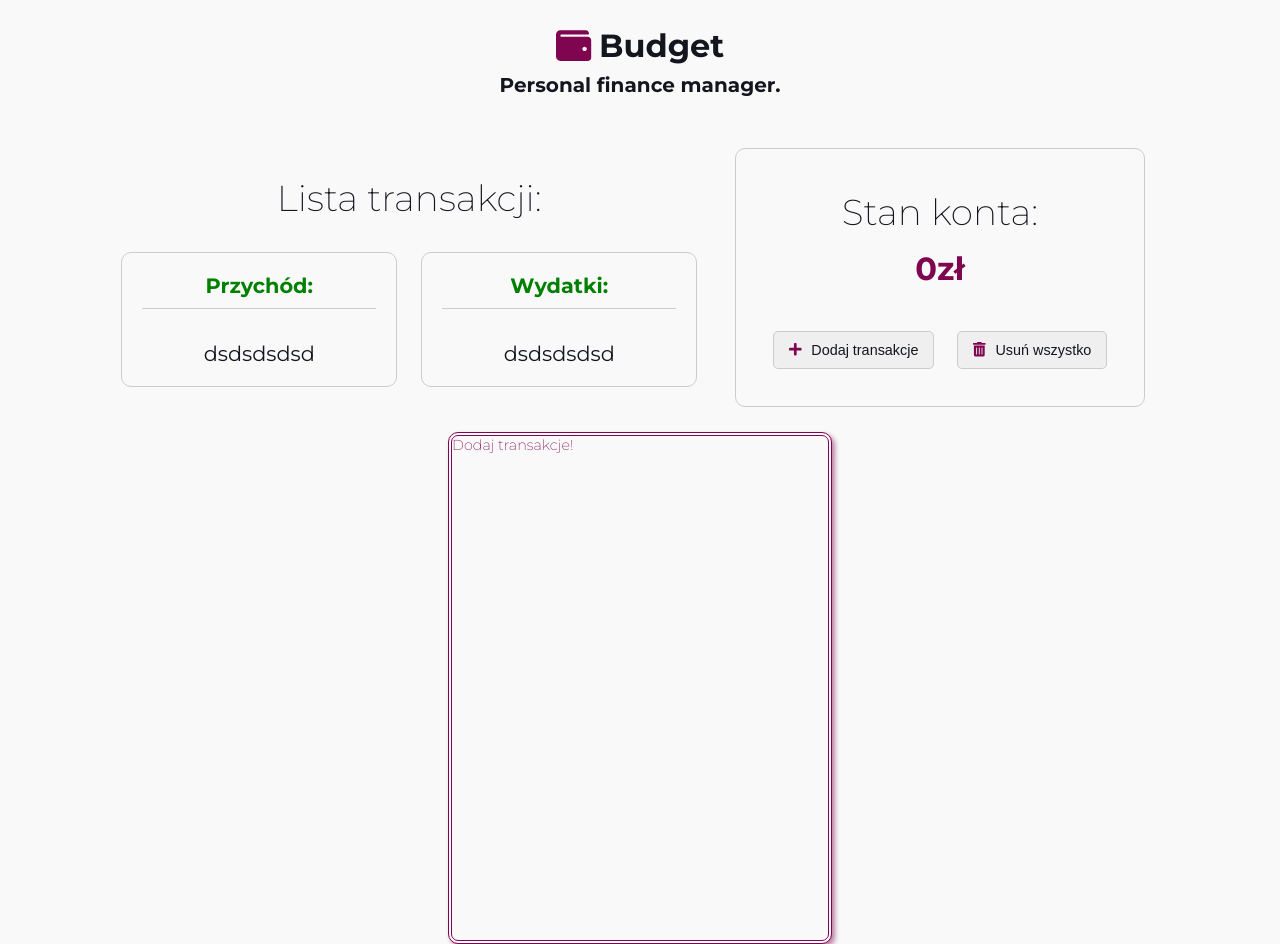
Repository: KrzysKolo/sr_tydzien4_zad4
Page: /
The author's editor kept a copy of each file at every save. The page is drawn from the files as they stood at one save, then again after the next save.
The browser window is 1280 px wide. The pictures show the whole page.
Some web libraries are served in a nearby version. The project was rebuilt for these pictures with package versions that can differ from the ones it lists, and the page was loaded fresh each time.

Above is the page before, as saved 2020-11-30 10:27:51.

### public/index.html
<!DOCTYPE html>
<html lang="en">
  <head>
    <meta charset="utf-8" />
    <link rel="icon" href="%PUBLIC_URL%/favicon.ico" />
    <meta name="viewport" content="width=device-width, initial-scale=1" />
    <meta name="theme-color" content="#000000" />
    <meta
      name="description"
      content="Web site created using create-react-app"
    />
    <link rel="apple-touch-icon" href="%PUBLIC_URL%/logo192.png" />
    <!--
      manifest.json provides metadata used when your web app is installed on a
      user's mobile device or desktop. See https://developers.google.com/web/fundamentals/web-app-manifest/
    -->
    <link rel="manifest" href="%PUBLIC_URL%/manifest.json" />
    <!--
      Notice the use of %PUBLIC_URL% in the tags above.
      It will be replaced with the URL of the `public` folder during the build.
      Only files inside the `public` folder can be referenced from the HTML.

      Unlike "/favicon.ico" or "favicon.ico", "%PUBLIC_URL%/favicon.ico" will
      work correctly both with client-side routing and a non-root public URL.
      Learn how to configure a non-root public URL by running `npm run build`.
    -->
    <link
      href="https://fonts.googleapis.com/css?family=Montserrat:200,400,700&display=swap&subset=latin-ext"
      rel="stylesheet"
    />
    <script
      src="https://kit.fontawesome.com/327a0d490c.js"
      crossorigin="anonymous"
    ></script>
    <title>Budget</title>
  </head>
  <body>
    <noscript>You need to enable JavaScript to run this app.</noscript>
    <div id="root"></div>
    <!--
      This HTML file is a template.
      If you open it directly in the browser, you will see an empty page.

      You can add webfonts, meta tags, or analytics to this file.
      The build step will place the bundled scripts into the <body> tag.

      To begin the development, run `npm start` or `yarn start`.
      To create a production bundle, use `npm run build` or `yarn build`.
    -->
  </body>
</html>

### src/App.js
import React from 'react';
import Budget from './components/Budget'

const App = () => {
  return (
    <>
      <Budget/>
    </>
  )
}

export default App;

### src/components/Budget.js
import React from 'react';
import Header from './budgetComponents/Header';
import Section from './budgetComponents/Section';
import SectionInfo from './budgetComponents/SectionInfo';
import H2 from './budgetComponents/sectionComponents/H2';
import Form from './budgetComponents/Form';
import styled, { createGlobalStyle } from 'styled-components';

const GlobalStyle = createGlobalStyle`
    * {
        padding: 0;
        margin: 0;
        box-sizing: border-box;
    }
    body {
        background-color: #f9f9f9;
        color: #14161f;
        font-family: "Montserrat", sans-serif;
        font-size: 16px;
        min-height: 100vh;
    }
    `;
const Container = styled.main`
    font-size: 1.5rem;
`;
const SectionContainer = styled.section`
    display: flex;
    flex-direction: row;
    justify-content: center;
    align-items: center;
`;
const SectionBudget = styled.section`
    display: flex;
    flex-direction: column;
    justify-content: center;
    align-items: center;
`;
const DivItems = styled.div`
    display: flex;
    flex-direction: row;
    justify-content: center;
    align-items: center;

`;
const Budget = () => {
    return (
        <>
            <GlobalStyle />
            <Container>
                <Header />
                <SectionContainer>
                    <SectionBudget>
                        <H2 title={"Lista transakcji"} />
                        <DivItems>
                            <Section title={"Przychód"} label={"p"}/>
                            <Section title={"Wydatki"}/>
                        </DivItems>
                    </SectionBudget>
                    <SectionInfo title={"Stan konta"}/>
                </SectionContainer>
            </Container>
            <Form />
        </>
    )
}

export default Budget;

### src/components/budgetComponents/Header.js
import React from 'react';
import styled from 'styled-components';
import { FontAwesomeIcon } from '@fortawesome/react-fontawesome';
import { faWallet } from '@fortawesome/free-solid-svg-icons';

const SectionHeader = styled.header`
    align-items: center;
    color: rgb(127, 5, 80);
    display: flex;
    font-size: 2.2rem;
    flex-direction: column;
    justify-content: center;
    padding: 2%;
`;
const DivHeader = styled.div`
    align-items: center;
    display: flex;
    flex-direction: row;
    justify-content: center;
    margin-bottom: 0.5rem;
`;
const H1Header = styled.h1`
    color: #14161f;
    font-size: 2rem;
    margin-left: .5rem;
`;
const H2Header = styled.h2`
    color: #14161f;
    font-size: 1.25rem;
`;
const Header = () => {
    return (
        <SectionHeader>
            <DivHeader>
                <FontAwesomeIcon icon={faWallet}/>
                <H1Header>Budget</H1Header>
            </DivHeader>
            <H2Header>Personal finance manager.</H2Header>
        </SectionHeader>
    )
}

export default Header;

### src/components/budgetComponents/Section.js
import React from 'react';
import H1 from './sectionComponents/H1';
import styled from 'styled-components';

const SectionWrapper = styled.section`
    border: 1px solid #ccc;
    border-radius: 10px;
    display: flex;
    flex-direction: column;
    font-size: 1.3rem;
    justify-content: center;
    align-items: center;
    margin: 2%;
    padding: 20px;
    width: 300px;
`;
const Section = ({ title, label }) => {
    return (
        <SectionWrapper>
           <H1 title={title} label={label}> </H1>
           <p>dsdsdsdsd</p>
        </SectionWrapper>
    )
}

export default Section;

### src/components/budgetComponents/SectionInfo.js
import React from 'react';
import H2 from './sectionComponents/H2';
import P from './sectionComponents/P';
import Button from './../budgetComponents/buttons/Button';
import styled from 'styled-components';
import { FontAwesomeIcon } from '@fortawesome/react-fontawesome';
import { faEllipsisV, faHeart, faPlus,  faTrashAlt, faShareAlt, faAngleDown } from '@fortawesome/free-solid-svg-icons';
const SectionWrapper = styled.section`
    border: 1px solid #ccc;
    border-radius: 10px;
    display: flex;
    flex-direction: column;
    margin: 2vw;
    padding: 2%;
`;
const ButtonWrapper = styled.div`
    display: flex;
    flex-direction: row;
`;
const Section = ({ title }) => {
    return (
        <SectionWrapper>
           <H2 title={title}> </H2>
           <P />
           <ButtonWrapper>
                <Button title={"Dodaj transakcje"} icons={faPlus} type="submit"/>
                <Button title={"Usuń wszystko"} icons={faTrashAlt} type="submit"/>

           </ButtonWrapper>
        </SectionWrapper>
    )
}

export default Section;

### src/components/budgetComponents/sectionComponents/H2.js
import React from 'react'
import styled from 'styled-components';

const TitleH2 = styled.h2`
    font-weight: 200;
    margin: 2% auto;
    padding: 0.5rem;
`;

const H2 = ({title}) => {
    return (
        <TitleH2>
            {title}:
        </TitleH2>
    )
}

export default H2;

### src/components/budgetComponents/Form.js
import React from 'react';
import Header from './formComponents/Header';
import styled, { createGlobalStyle }from 'styled-components';

const FormWrapper = styled.form`
    background-color: #f9f9f9;
    border: 4px double rgb(127, 5, 80);
    border-radius: 10px;
    box-shadow: 3px 3px 5px rgba(127, 5, 80, 0.5);
    color: rgb(127, 5, 80);
    height: 40vw;
    margin: 0 auto;
    width: 30vw;
`;

const Form = () => {
    return (
        <FormWrapper>
            <Header title={"Dodaj transakcje!"} />
        </FormWrapper>
    )
}

export default Form;

### src/components/budgetComponents/sectionComponents/H1.js
import React from 'react'
import styled from 'styled-components';

const TitleH1 = styled.h1`
    border-bottom: 1px solid #ccc;
    color: ${label => label ? 'green' : 'red'};
    margin-bottom: 2rem;
    padding-bottom: 10px;
    display: block;
    width: 100%;
    text-align: center;
`;

const H1 = ({title, label}) => {
    return (
        <TitleH1>
            {title}:
        </TitleH1>
    )
}

export default H1;

### src/components/budgetComponents/sectionComponents/P.js
import React from 'react';
import styled from 'styled-components';

const InfoP = styled.p`
    color: rgb(127, 5, 80);
    font-size: 2rem;
    font-weight: bold;
    width: 100%auto;
    text-align: center;
    padding-bottom: 2rem;
`;

const P = () => {
    return (
        <InfoP>
            0zł
        </InfoP>
    )
}

export default P;

### src/components/budgetComponents/buttons/Button.js
import React from 'react';
import styled from 'styled-components';
import { FontAwesomeIcon } from '@fortawesome/react-fontawesome';

const ButtonDiv = styled.button`
    border: 1px solid #ccc;
    border-radius: 5px;
    margin: 0.7rem;
    padding: 10px 15px;
    display: flex;
    flex-direction: row;
    color: rgb(127, 5, 80);
    font-size: 0.9rem;
    cursor: pointer;
    transition: 0.3s ease-in-out;
    &:hover {
        border: 1px solid rgba(127, 5, 80, 0.4);
        background-color:  #f9f9f9;
        color: rgba(127, 5, 80, 0.5);
    }
`;
const ButtonTitleDiv = styled.div`
    margin-left: 10px;
    color: #14161f;
`;
const Button = ({ title, icons }) => {
    return (
        <ButtonDiv>
            <FontAwesomeIcon icon={icons} />
            <ButtonTitleDiv>{title}</ButtonTitleDiv>
        </ButtonDiv>
    )
}

export default Button;

### src/components/budgetComponents/formComponents/Header.js
import React from 'react';
import styled from 'styled-components';

const TitleH1 = styled.h1`
    font-family: "Montserrat", sans-serif;
    font-size: 0.9rem;
    font-weight: 200;

`;

const Header = ({ title} ) => {
    return (
        <TitleH1>
            {title}
        </TitleH1>
    )
}

export default Header;

Loaded but not shown: src/index.js (common file); src/index.css (common file)

After the next save:
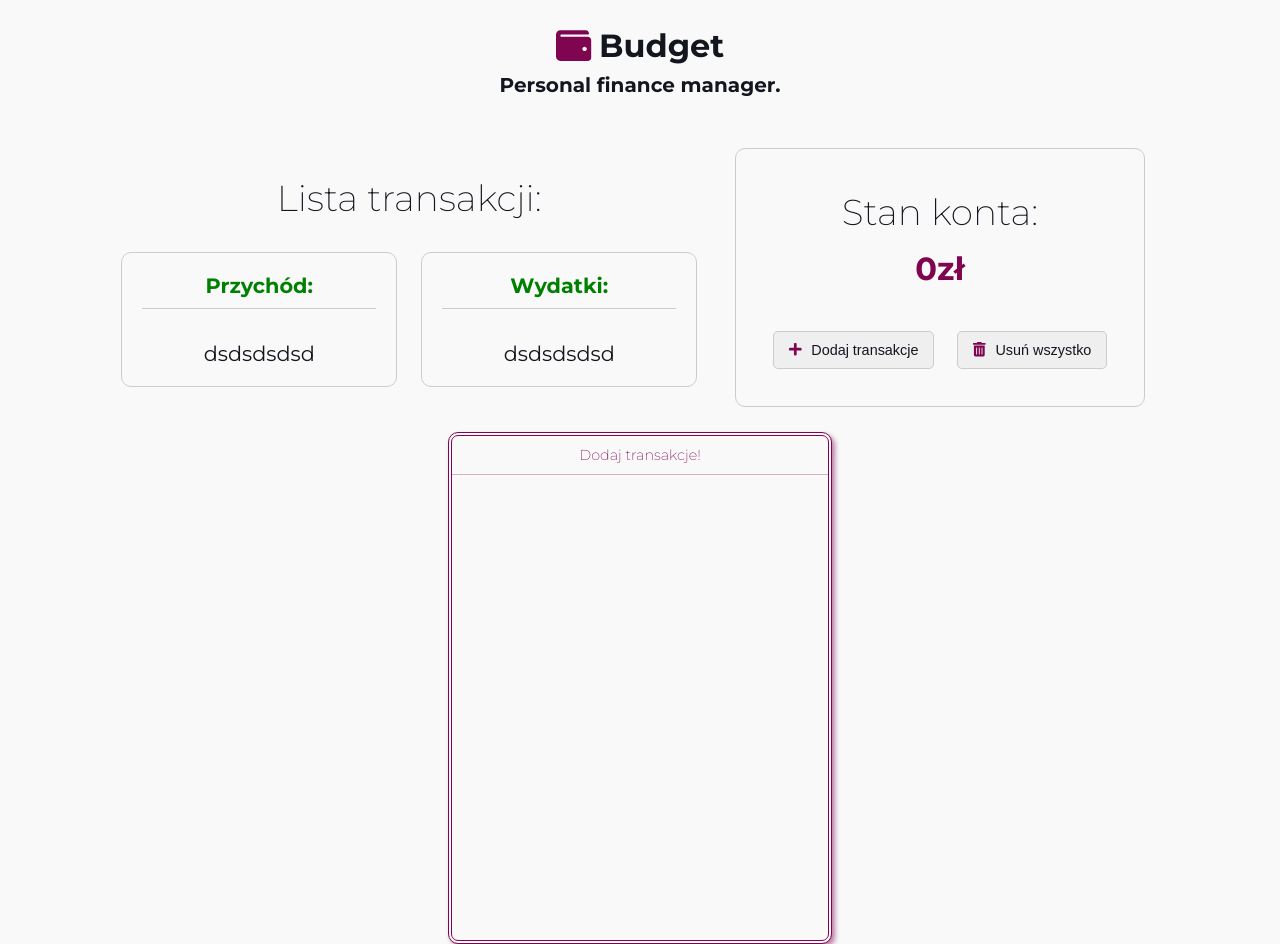
Saved 109 s later.
--- a/src/components/budgetComponents/formComponents/Header.js
+++ b/src/components/budgetComponents/formComponents/Header.js
@@ -2,10 +2,12 @@ import React from 'react';
 import styled from 'styled-components';
 
 const TitleH1 = styled.h1`
+    border-bottom: 1px solid rgba(127, 5, 80, 0.3);
     font-family: "Montserrat", sans-serif;
     font-size: 0.9rem;
     font-weight: 200;
-
+    padding: 10px;
+    text-align: center;
 `;
 
 const Header = ({ title} ) => {
